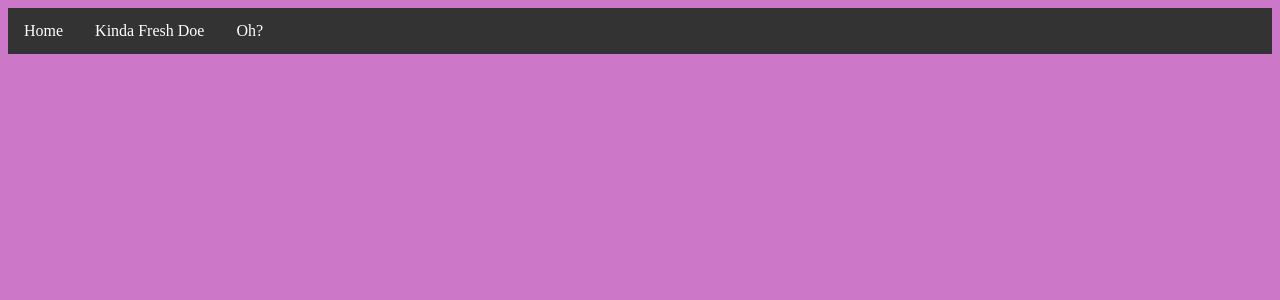
Repository: skytang69/skytang69.github.io
Page: um.html
The author's editor kept a record of every edit. The page is drawn from the files as they stood at one moment, then again after the next edit.
The browser window is 1280 px wide. The pictures show the whole page.

Above is the page before.

### um.html
<!DOCTYPE html>
<html>
    <head>
        <style>
            body{
                text-align: center;
                font-family: Comic Sans MS;
                background-color: #cd77c9;
                color: #5e5b59;
            }

            ul {
                  list-style-type: none;
                  margin: 0;
                  padding: 0;
                  overflow: hidden;
                  background-color: #333;
                }

                li {
                  float: left;
                }

                li a {
                  display: block;
                  color: white;
                  text-align: center;
                  padding: 14px 16px;
                  text-decoration: none;
                }

                li a:hover {
                  background-color: #111;
                }
                #huh{
                float: right;
                }
        </style>
        </head>
        <body>
            <ul>
              <li><a class="active" href="index.html">Home</a></li>
              <li><a href="otherpage.html">Kinda Fresh Doe</a></li>
              <li><a href="um.html">Oh?</a></li>
            </ul>
        </body>
</html>

After the next edit:
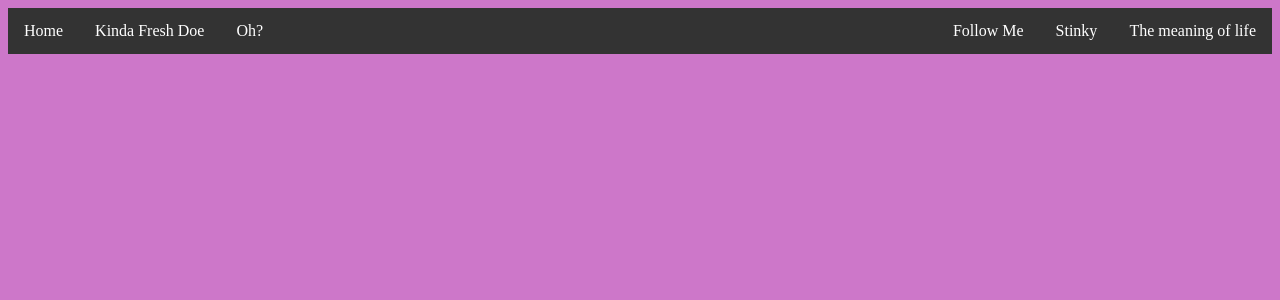
The edit:
--- a/um.html
+++ b/um.html
@@ -42,6 +42,9 @@
               <li><a class="active" href="index.html">Home</a></li>
               <li><a href="otherpage.html">Kinda Fresh Doe</a></li>
               <li><a href="um.html">Oh?</a></li>
+              <li id="huh"><a href="https://www.google.com/search?q=suffer&rlz=1C1GCEA_enUS869US869&oq=suffer&aqs=chrome..69i57j0l5.8342j1j7&sourceid=chrome&ie=UTF-8">The meaning of life</a></li>
+              <li id="huh"><a href="https://www.youtube.com/watch?v=FveF-we6lcE">Stinky</a></li>
+              <li id="huh"><a href="https://www.instagram.com/its_yah_boii_sky/">Follow Me</a></li>
             </ul>
         </body>
 </html>
